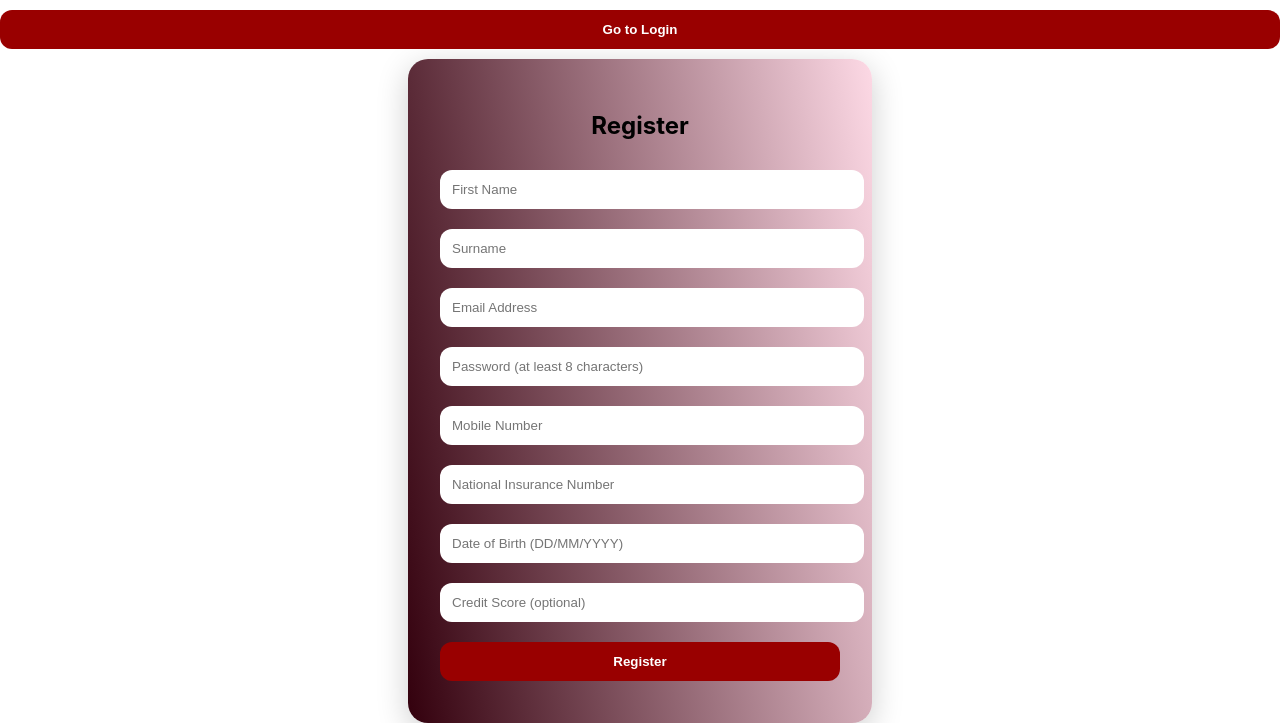
Repository: aab232/https---github.com-aab232-Deferred-Payment-Platform
Page: / (app in frontend/), after clicking the first element matching `button`
The author's editor kept a copy of each file at every save. The page is drawn from the files as they stood at one save, then again after the next save.
The browser window is 1280 px wide. The pictures show the whole page.
The project was rebuilt for these pictures with package versions that can differ from the ones it lists, and the page was loaded fresh each time.

Above is the page before, as saved 2025-03-14 01:31:55.

After the next save:
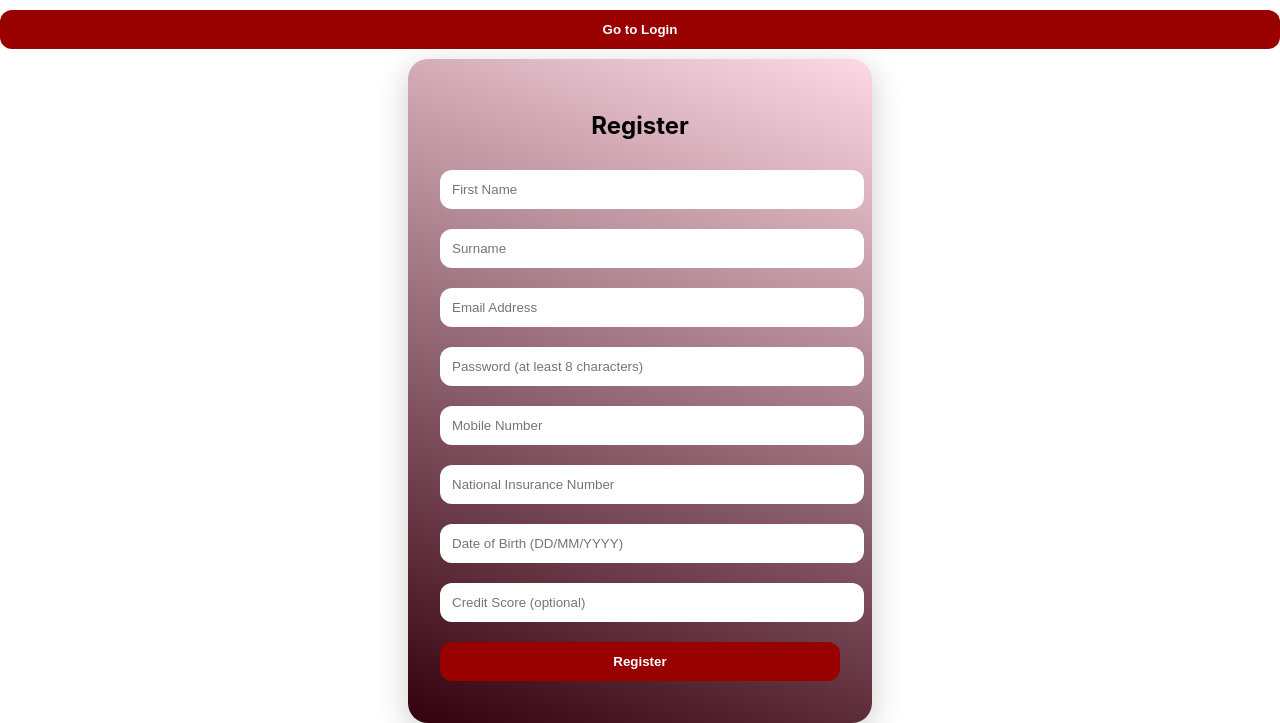
Saved 11 s later.
--- a/frontend/src/components/Register.css
+++ b/frontend/src/components/Register.css
@@ -3,7 +3,7 @@
     max-width: 400px;
     margin: auto;
     padding: 2rem;
-    background: linear-gradient(80deg, #33000D, #FDD9E5);
+    background: linear-gradient(20deg, #33000D, #FDD9E5);
     border-radius: 20px;
     box-shadow: 0 8px 32px rgba(0, 0, 0, 0.2);
     text-align: center;
